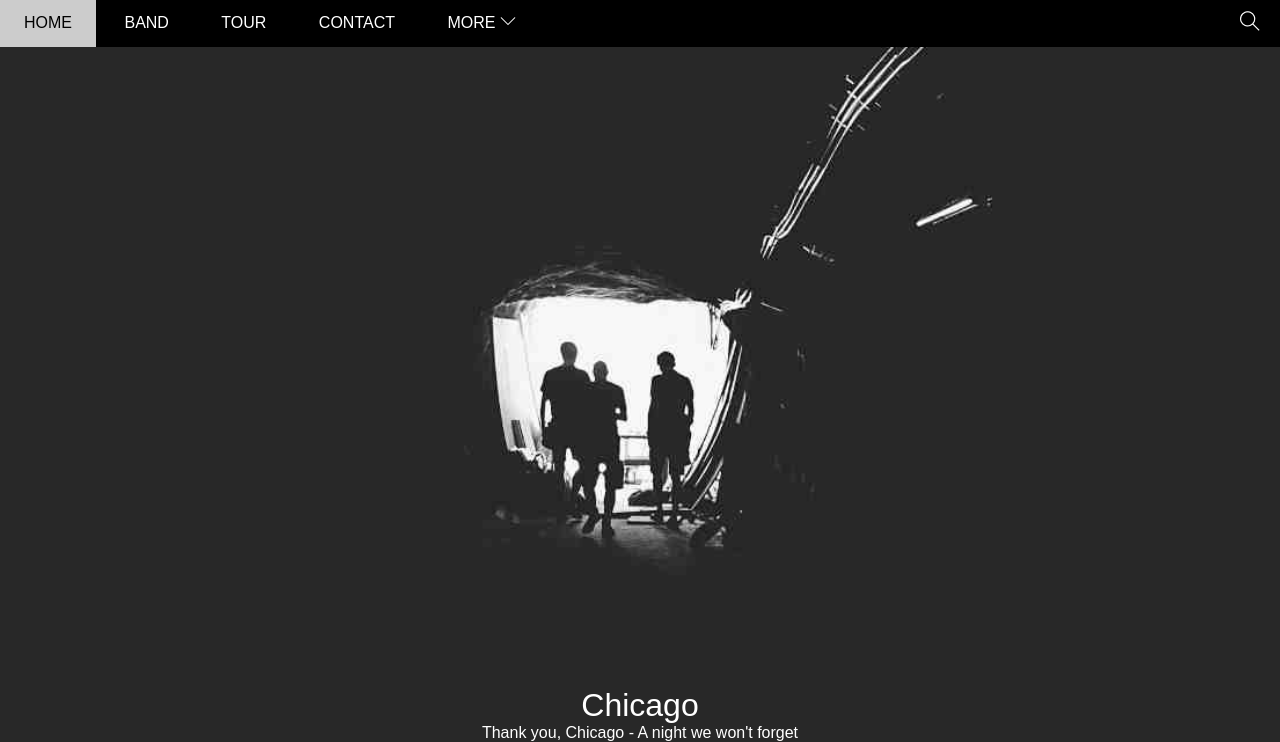
Repository: thanhsonnguyen-gif/f8-learn
Page: projectDemoTheBand/index.html
An editor plug-in stored every save of this project. The page is shown before and after the next save, followed by the edit.
The browser window is 1280 px wide. The pictures show the whole page.

Above is the page before, as saved 2022-06-24 17:05:48.

### projectDemoTheBand/index.html
<!DOCTYPE html>
<html lang="en">
<head>
    <meta charset="UTF-8">
    <meta http-equiv="X-UA-Compatible" content="IE=edge">
    <meta name="viewport" content="width=device-width, initial-scale=1.0">
    <title>Document</title>
    <link rel="stylesheet" href="./assets/css/style.css">
    <link rel="stylesheet" href="./assets/fonts/themify-icons-font/themify-icons/themify-icons.css">
</head>
<body>
    <div id="main">
        <div id="header">
            <ul id="nav">
                <li><a href="">HOME</a></li>
                <li><a href="">BAND</a></li>
                <li><a href="">TOUR</a></li>
                <li><a href="">CONTACT</a></li>
                <li>
                    <a title="more" href="#">
                        More
                    <i class="ti-angle-down"></i>
                    </a>
                    <ul class="subnav">
                        <li><a href="">Merchandise</a></li>
                        <li><a href="">Extras</a></li>
                        <li><a href="">Media</a></li>
                    </ul>
                </li>
            </ul>
            <div class="search-btn">
                <i class="ti-search"></i>
            </div>
        </div>
        <div id="slide">
            <div id="textContent">
                <h1 id="city">Chicago</h1>
                <p id="decription">Thank you, Chicago - A night we won't forget</p>
            </div>
        </div>
        <div id="content">

        </div>
        <div id="footer">

        </div>
    </div>
</body>
</html>

### projectDemoTheBand/assets/css/style.css
*{
    padding: 0;
    margin: 0;
    box-sizing: border-box;
}

#main {
    font-family: Arial, Helvetica, sans-serif;
}

#header {
position: fixed;
left: 0;
right: 0;
top: 0;
background-color: #000;
height: 46.5px;
color: #fff;
}

#nav{
    display: inline-block;
}

#nav ul{
    list-style-type: none;
}

#nav > li {
    display: inline-block;
    position: relative;
}

#nav > li > a {
    line-height: 46.5px;
    padding:0 24px;
    text-decoration: none;
    color: #fff;
    display: block;
    text-transform: uppercase;
}

#nav > li:hover > a {
    background-color: #ccc;
    color: #000;
}

#nav > li:hover .subnav {
    display: block;
}

#nav .subnav {
    position: absolute;
    display: none;
    box-shadow: 0 0 5px rgba(0, 0, 0, 0.4);
    background-color: #fff;
    min-width: 160px;
}

#nav .subnav > li > a{
    line-height: 38.5px;
    padding:0 16px;
    text-decoration: none;
    color: #000;
    display: block;
}

#nav .subnav > li:hover > a{
    background-color: #ccc;
}

#naw .ti-angle-down{
    font-size: 14px;
}

.search-btn {
float: right;
color: #fff;
font-size: 20px;
right: 0;
line-height: 46px;
padding: 0 20px;
cursor: pointer;
}

.search-btn:hover{
    background-color: #f44336;
}

#slide {
    margin-top: 46.5px;
    padding-top: 50%;
    background: url(/projectDemoTheBand/assets/img/slide1.jpg) top center / cover no-repeat;
}

#textContent {
width: 100%;
color: #fff;
text-align: center;
}

#city {
font-weight: 500;

}

#decription {

}


#content {

}

#footer {

}

Loaded but not shown: projectDemoTheBand/assets/fonts/themify-icons-font/themify-icons/themify-icons.css (common file)

After the next save:
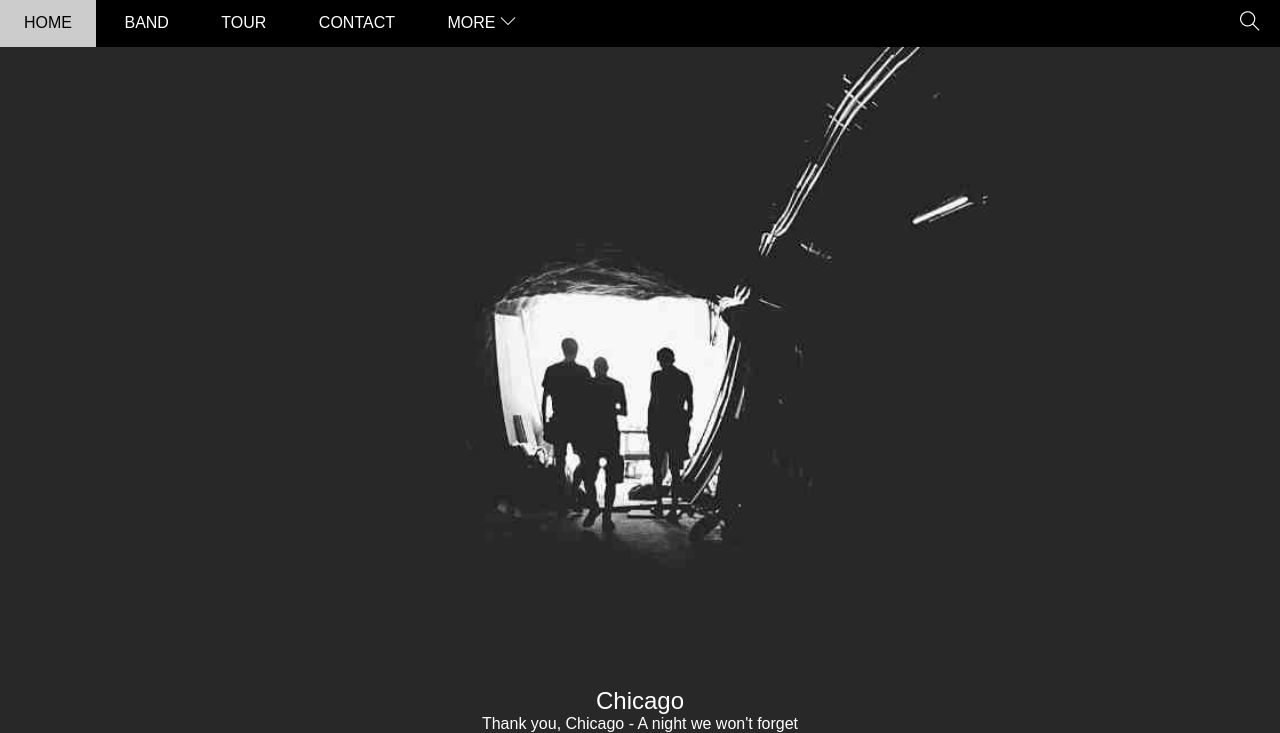
Saved 30 s later.
--- a/projectDemoTheBand/assets/css/style.css
+++ b/projectDemoTheBand/assets/css/style.css
@@ -101,11 +101,11 @@ text-align: center;
 
 #city {
 font-weight: 500;
-
+font-size: 24px;
 }
 
 #decription {
-
+font-size: 16px;
 }
 
 
